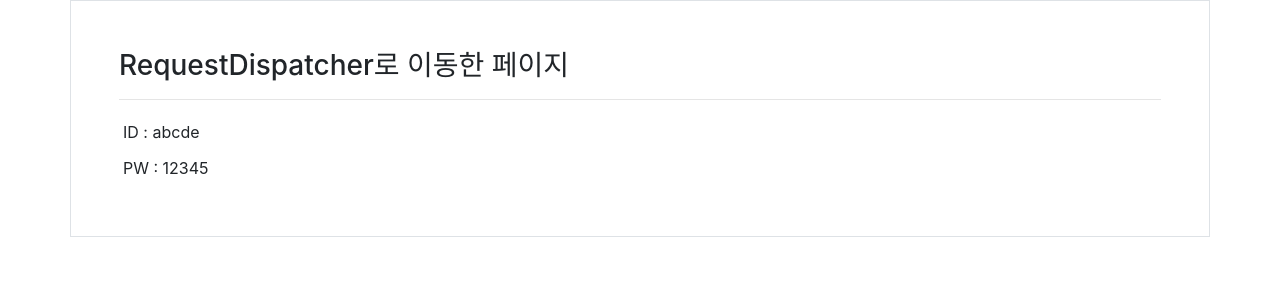
Repository: rasz60/ezen
Page: http://localhost/jsp_servlet_23_ex01/DEx
These files come from the project's save history. The page is drawn as it stood at one moment and after the next save; the edit follows.
The browser window is 1280 px wide. The pictures show the whole page.
Some web libraries are served in a nearby version. The page is served by Tomcat 9.

Above is the page before, as saved 2022-02-14 05:44:50.

After the next save:
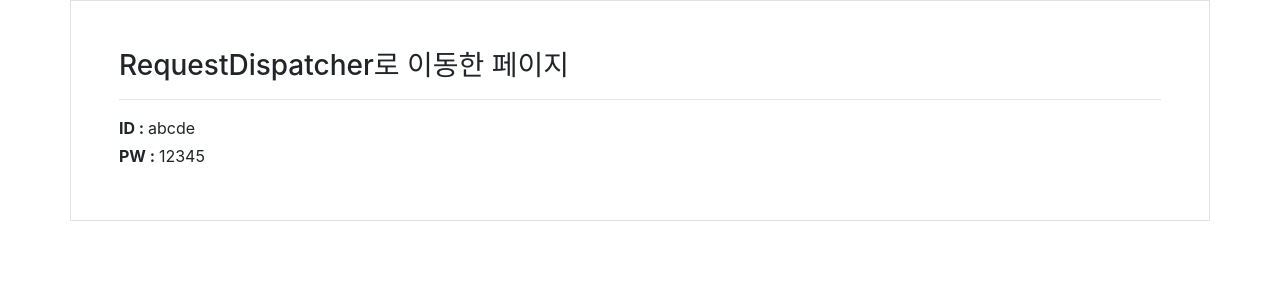
Saved 42 s later.
--- a/04_jsp_servlet-workspace/jsp_servlet_23_ex01/src/main/webapp/dispatcherJSP.jsp
+++ b/04_jsp_servlet-workspace/jsp_servlet_23_ex01/src/main/webapp/dispatcherJSP.jsp
@@ -25,8 +25,8 @@
 <div class="container border p-5">
 	<h3>RequestDispatcher로 이동한 페이지</h3>
 	<hr />
-	<p class="p-1 mb-1">ID : ${requestScope.id}</p>
-	<p class="p-1 mb-1">PW : ${requestScope.pwd}</p>
+	<p class="mb-1"><b>ID : </b>${requestScope.id}</p>
+	<p class="mb-1"><b>PW : </b>${requestScope.pwd}</p>
 </div>
 </body>
 </html>
